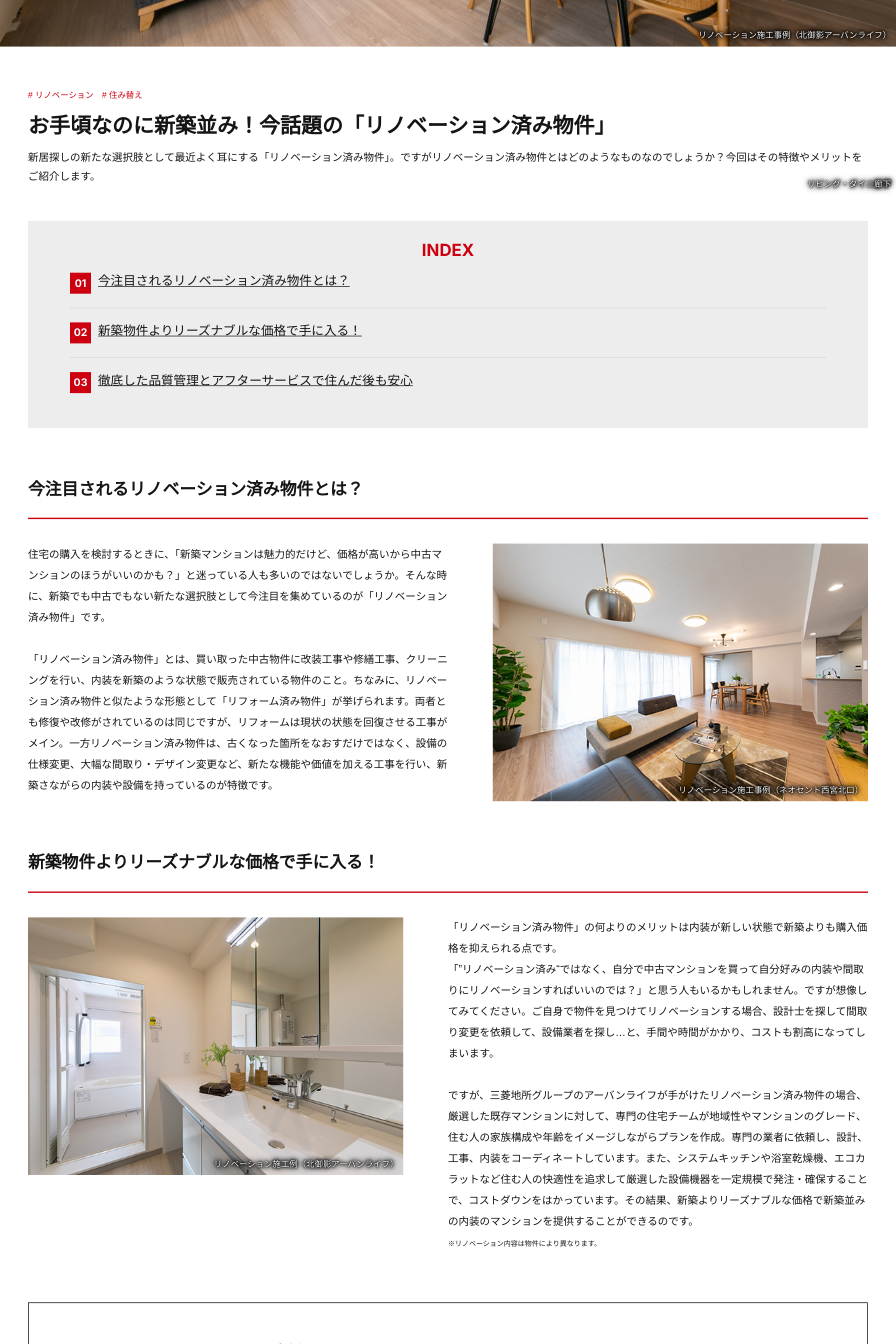
Repository: duongspm/group-kansai_new-data
Page: group-kansai_new/pickup/column07.html
These files come from the project's save history. The page is drawn as it stood at one moment and after the next save; the edit follows.
The browser window is 1280 px wide. The pictures show the part of the page from y = 441 to 2361 px (the page is 4671 px tall), at 70% of full size.

Above is the page before, as saved 2023-06-30 15:55:00.

After the next save:
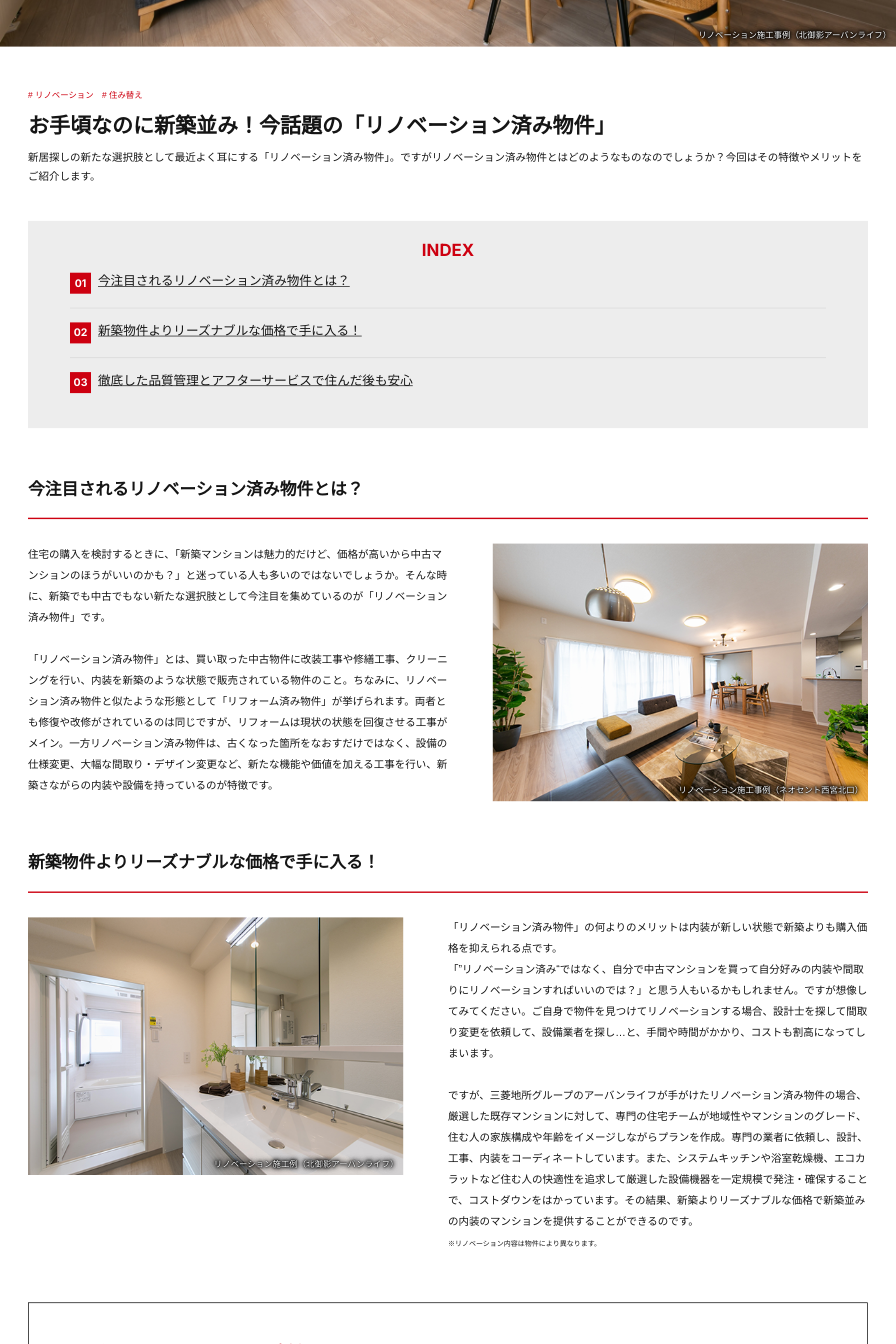
Saved 5 s later.
--- a/group-kansai_new/pickup/column07.html
+++ b/group-kansai_new/pickup/column07.html
@@ -177,11 +177,11 @@
                 </div>
                 <p class="subtitle">また、リビングからプライベートルームへ直接出入りできる入口を設け、利便性と家族の一体感を確保。廊下は梁奥にダウンライトを入れ、柔らかな間接照明でぬくもりを演出しました。</p>
                 <div class="flex">
-                    <div class="flex__left">
+                    <div class="flex__left box__img">
                         <img src="img/vol_07/img-05.png" alt="リビング・ダイニング">
                         <p class="cap-abs_right shadow">リビング・ダイニング</p>
                     </div>
-                    <div class="flex__right">
+                    <div class="flex__right box__img">
                         <img src="img/vol_07/img-07.png" alt="廊下">
                         <p class="cap-abs_right shadow">廊下</p>
                     </div>
